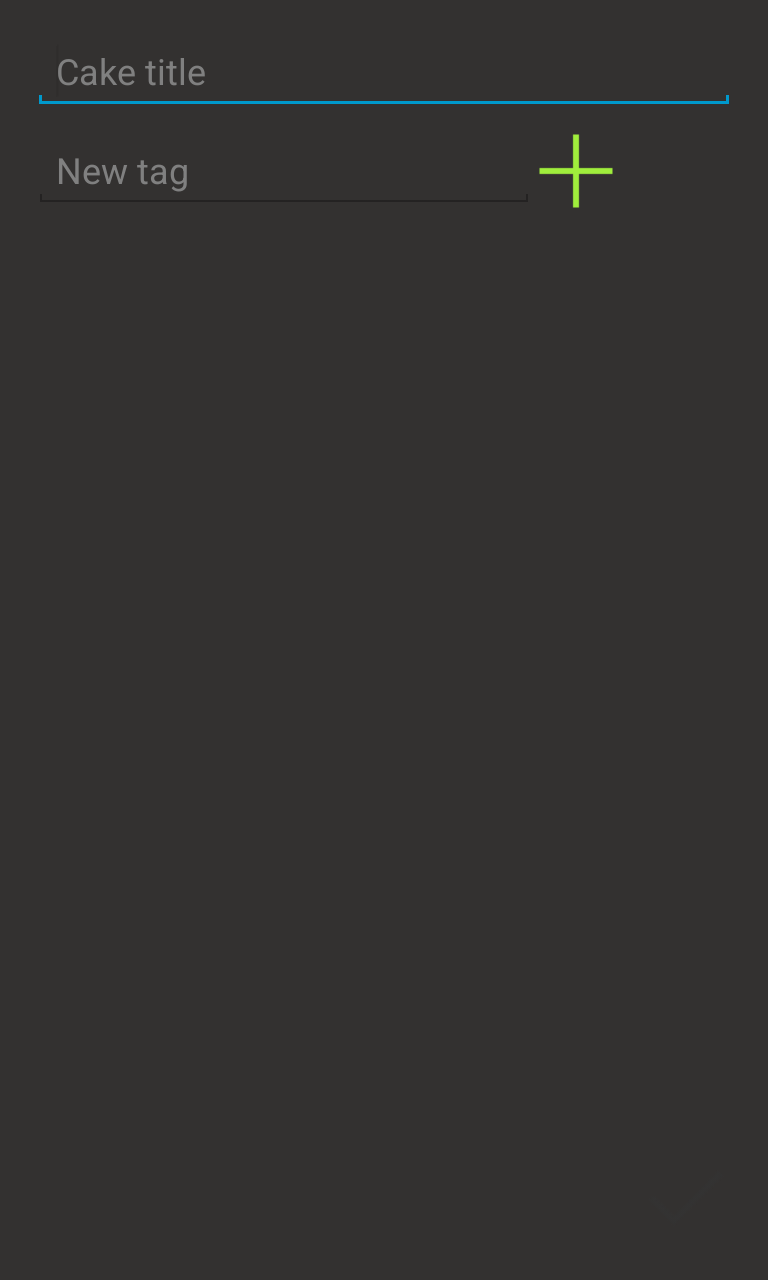
Repository: johnshaughnessy/onesec
Layout: OneSec-App/res/layout/activity_new_cake.xml
These files come from the project's save history. The layout is drawn as it stood at one moment and after the next save; the edit follows.
It is drawn on a 768 x 1280 px phone screen (xhdpi) without system bars, with theme RetroTheme; the app's code is not run.

Above is the layout before, as saved 2013-07-14 21:20:26.

After the next save:
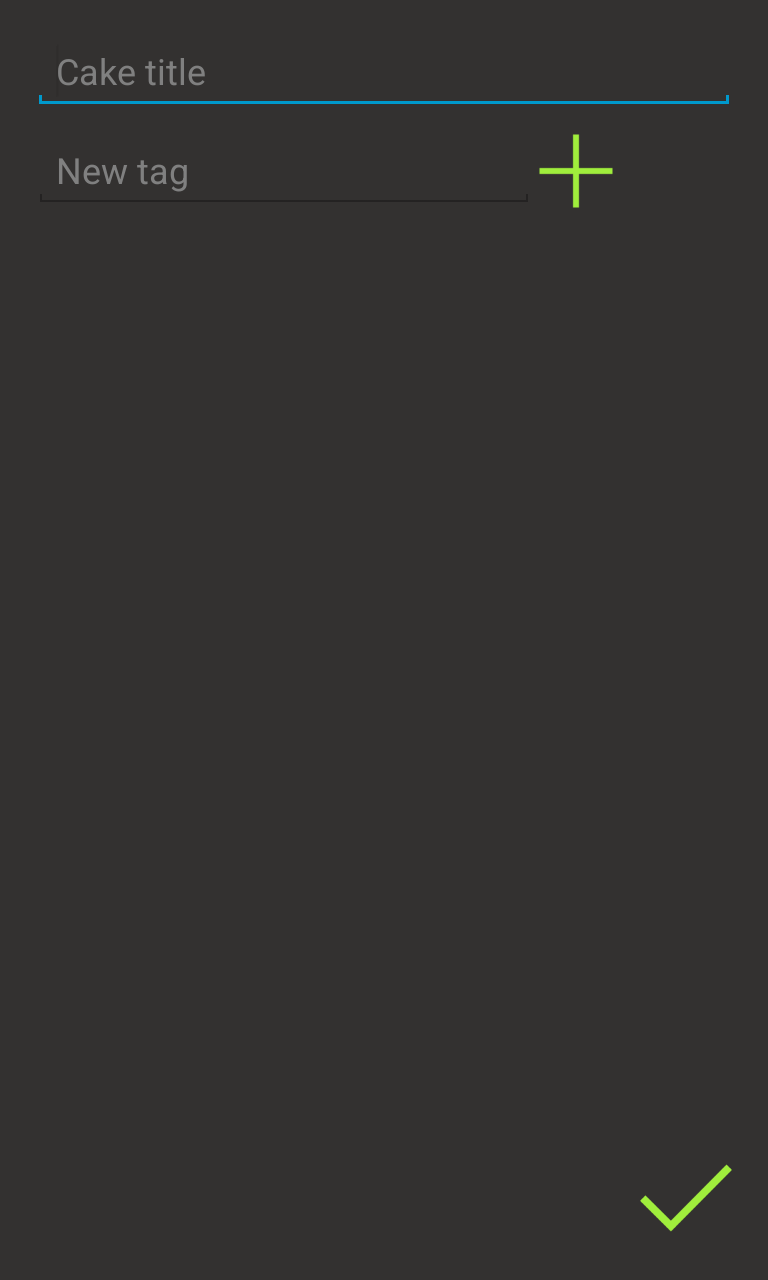
Saved 47 s later.
--- a/OneSec-App/res/layout/activity_new_cake.xml
+++ b/OneSec-App/res/layout/activity_new_cake.xml
@@ -41,7 +41,7 @@
         android:layout_height="50dp"
         android:layout_alignParentBottom="true"
         android:layout_alignParentRight="true"
-        android:background="@drawable/ic_navigation_accept" />
+        android:background="@drawable/ic_accept_green" />
 
     <EditText
         android:id="@+id/newCakeSprinkle"
